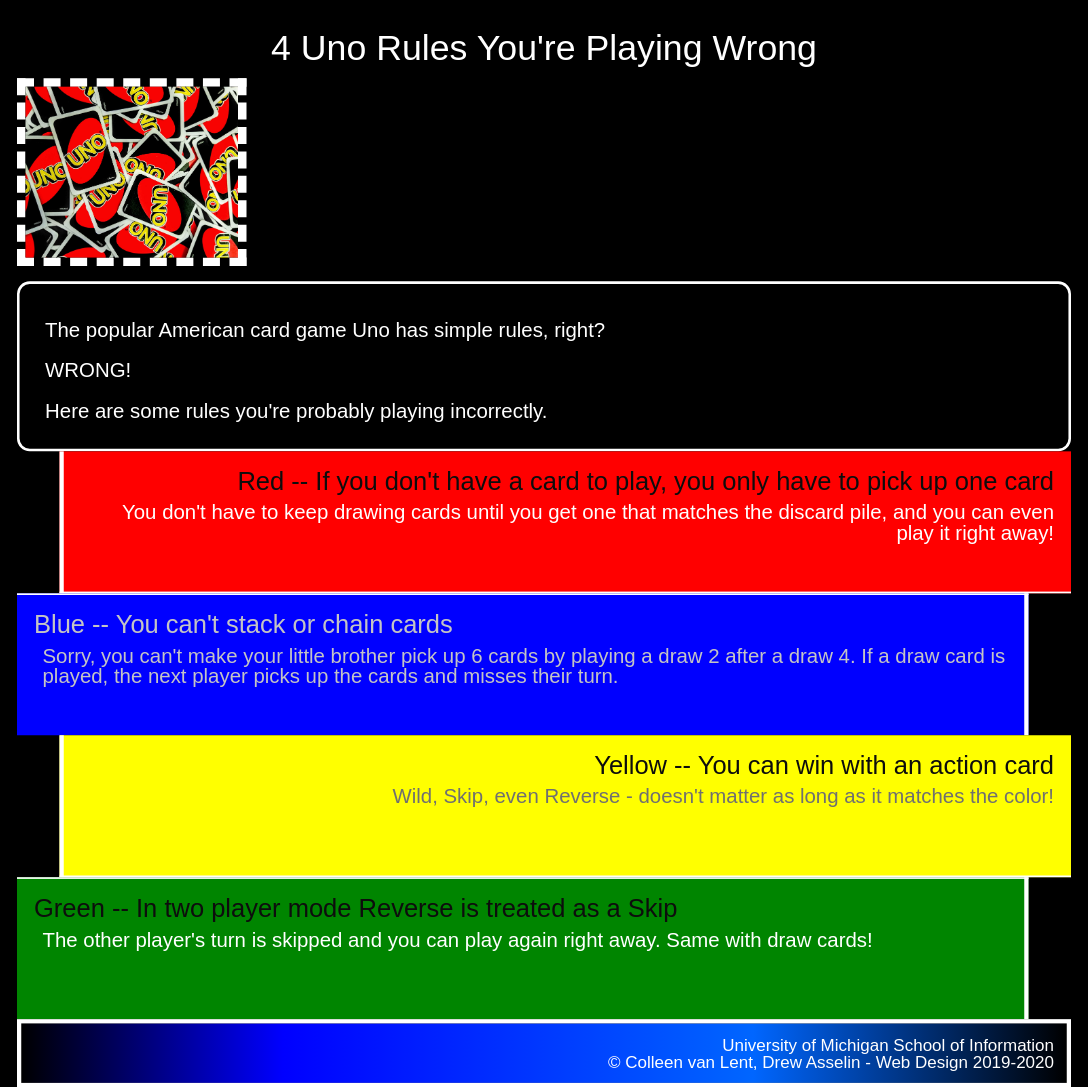
Repository: lulyany/hw2-2023
Page: index.html
The author's editor kept a copy of each file at every save. The page is drawn from the files as they stood at one save, then again after the next save.
The browser window is 1280 px wide. The pictures show the whole page, at 85% of full size.

Above is the page before, as saved 2023-09-19 11:06:13.

### index.html
<!DOCTYPE html>
<html lang="en">
<head>
  <meta charset="UTF-8">
  <meta name="viewport" content="width=device-width, initial-scale=1.0">
  <link rel="stylesheet" href="css/html5reset.css">
  <link rel="stylesheet" href="css/style.css">
  <link rel="icon" type="image/x-icon" href="/images/favicon.ico">
  <title>4 Uno Rules You're Playing Wrong</title>
</head>
<body>
  <main>
    <h1>4 Uno Rules You're Playing Wrong</h1>
    <img src="images/uno-cards.jpg" width = "150" alt="uno cards" />
    <div class="introduction">
      <p>The popular American card game Uno has simple rules, right?<br> WRONG!<br>

        Here are some rules you're probably playing incorrectly.</p>
    </div>
    <div class="red">
      <h2>Red -- If you don't have a card to play, you only have to pick up one card</h2>
      <p>You don't have to keep drawing cards until you get one that matches the discard pile, and you can even play it right away!</p>
    </div>
    <div class="blue">
      <h2>Blue -- You can't stack or chain cards</h2>
      <p>Sorry, you can't make your little brother pick up 6 cards by playing a draw 2 after a draw 4. If a draw card is played, the next player picks up the cards and misses their turn.</p>
    </div>
    <div class="yellow">
      <h2>Yellow --  You can win with an action card</h2>
      <p>Wild, Skip, even Reverse - doesn't matter as long as it matches the color!</p>
    </div>
    <div class="green">
      <h2>Green -- In two player mode Reverse is treated as a Skip</h2>
      <p>The other player's turn is skipped and you can play again right away. Same with draw cards!</p>
    </div>
  </main>
  <footer>
    <p>University of Michigan School of Information <br/>
      &copy; Colleen van Lent, Drew Asselin - Web Design 2019-2020</p>
  </footer>
</body>
</html>

### css/html5reset.css
/* http://meyerweb.com/eric/tools/css/reset/
   v2.0 | 20110126
   License: none (public domain)
*/

html, body, div, span, applet, object, iframe,
h1, h2, h3, h4, h5, h6, p, blockquote, pre,
a, abbr, acronym, address, big, cite, code,
del, dfn, em, img, ins, kbd, q, s, samp,
small, strike, strong, sub, sup, tt, var,
b, u, i, center,
dl, dt, dd, ol, ul, li,
fieldset, form, label, legend,
table, caption, tbody, tfoot, thead, tr, th, td,
article, aside, canvas, details, embed,
figure, figcaption, footer, header, hgroup,
menu, nav, output, ruby, section, summary,
time, mark, audio, video {
	margin: 0;
	padding: 0;
	border: 0;
	font-size: 100%;
	font: inherit;
	vertical-align: baseline;
}
/* HTML5 display-role reset for older browsers */
article, aside, details, figcaption, figure,
footer, header, hgroup, menu, nav, section {
	display: block;
}
body {
	line-height: 1;
}
ol, ul {
	list-style: none;
}
blockquote, q {
	quotes: none;
}
blockquote:before, blockquote:after,
q:before, q:after {
	content: '';
	content: none;
}
table {
	border-collapse: collapse;
	border-spacing: 0;
}

### css/style.css
body {
    font-family: "Arial", Verdana;
    background: #000;
    color: #fff;
    margin: 20px 20px 0 20px;
}

h1 {
    font-size: 42px;
    text-align: center;
    padding: 15px;
}

h2 {
    color: #0d0d0d;
    font-size: 30px;
}

p {
    font-size: 24px;
    padding: 10px 0 0 10px;
}

img {
    width: 250px;
    display: grid
    place-items: center;
    border: dashed 10px #fff;
    /* margin: 0 auto; */
}

div {
    min-height: 125px;
    padding: 20px;
    border: solid 3px #fff;
}

.introduction {
    border-radius: 15px;
    margin-top: 15px;
    line-height: 2;
}

.red {
    background: #ff0000;
    text-align: right;
    margin-left: 50px;
    border-top: none;
    border-right: none;
    border-bottom: solid 2px;
    border-left: solid 5px;
}

.blue {
    background: #0000ff;
    text-align: left;
    margin-right: 50px;
    border-top: solid 2px;
    border-right: solid 5px;
    border-bottom: none;
    border-left: none;
}

.blue h2 {
    color: #C4C4C4;
}

.blue p {
    color: #C4C4C4;
}

.yellow {
    background: #ffff00;
    text-align: right;
    margin-left: 50px;
    border-top: none;
    border-right: none;
    border-bottom: solid 2px;
    border-left: solid 5px;
}

.yellow p {
    color: #707070;
}

.green {
    background-color: #008500;
    text-align: left;
    margin-right: 50px;
    border-top: solid 2px;
    border-right: solid 5px;
    border-bottom: none;
    border-left: none;
}

footer {
    background: linear-gradient(90deg, rgba(0,0,0,1) 0%, rgba(0,0,255,1) 25%, rgba(0,102,255,1) 70%, rgba(0,0,0,1) 100%);
    border: solid 5px #fff;
}

footer p {
    font-size: 20px;
    text-align: right;
    padding: 15px 15px 15px 0;

}

After the next save:
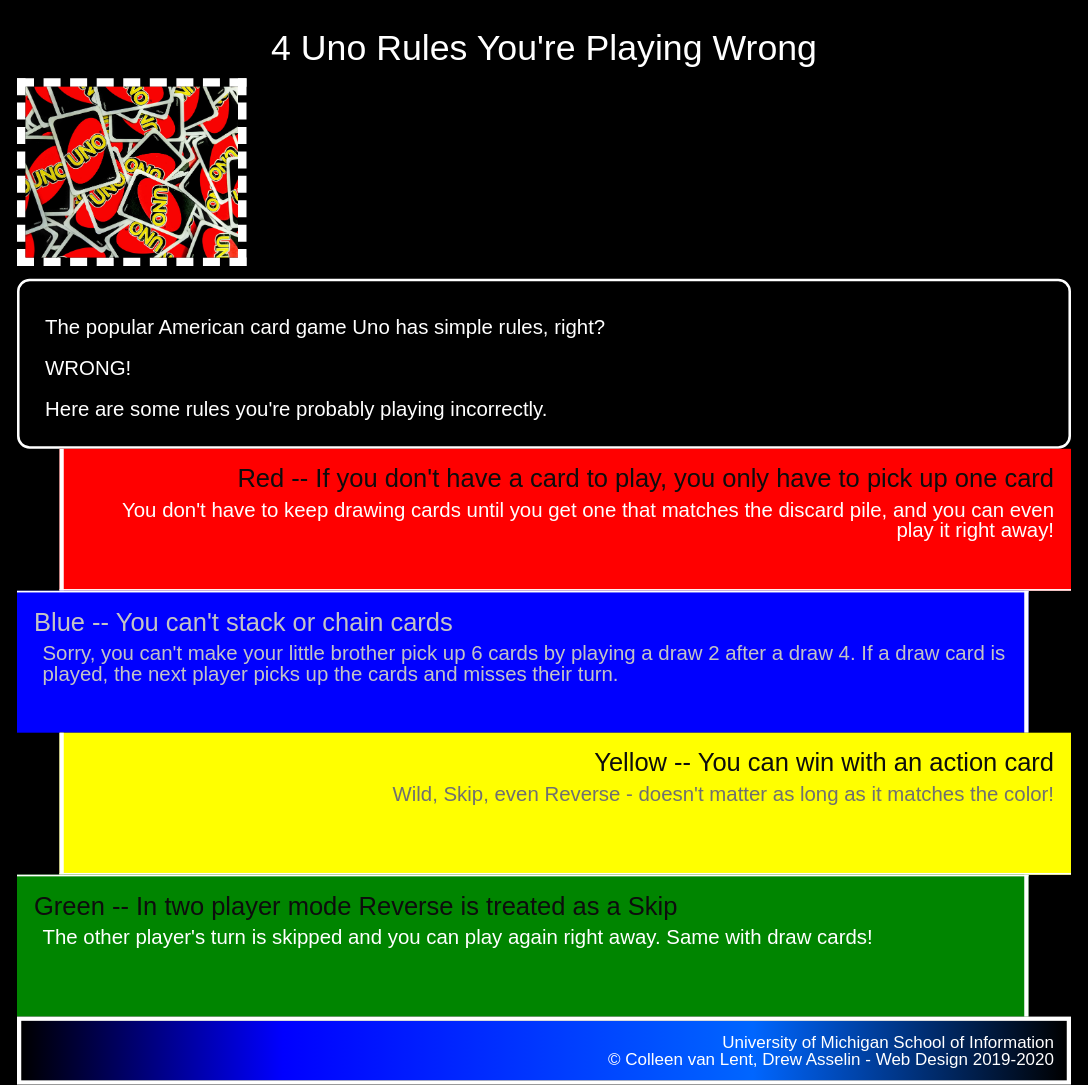
Saved 8 s later.
--- a/css/style.css
+++ b/css/style.css
@@ -23,7 +23,7 @@
 
 img {
     width: 250px;
-    display: grid
+    display: grid;
     place-items: center;
     border: dashed 10px #fff;
     /* margin: 0 auto; */
